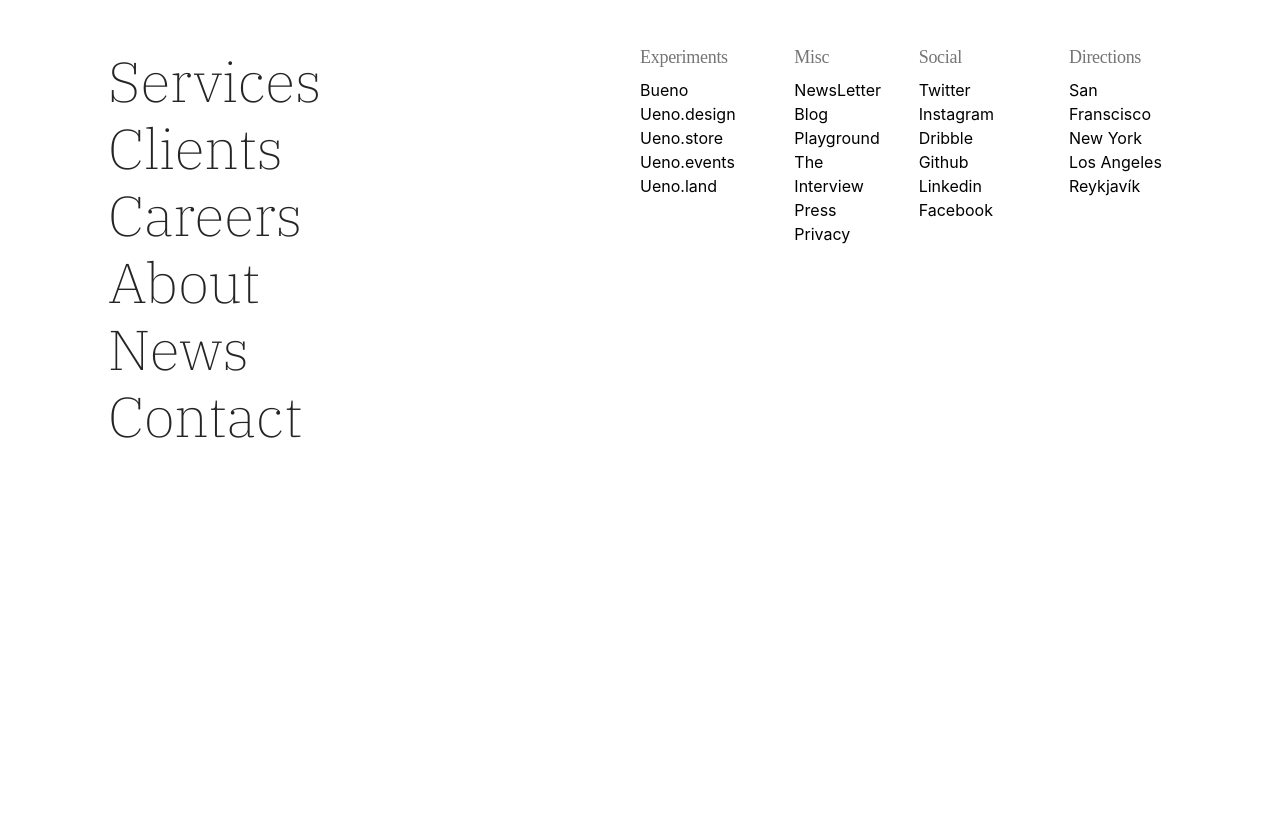
Repository: DeepaPrasanna/UenoClone
Page: /
These files come from the project's save history. The page is drawn as it stood at one moment and after the next save; the edit follows.
The browser window is 1280 px wide. The pictures show the whole page.
The project was rebuilt for these pictures with package versions that can differ from the ones it lists, and the page was loaded fresh each time. Also part of the build but not shown: src/components/Layout/Header.js.

Above is the page before, as saved 2021-05-04 18:01:07.

After the next save:
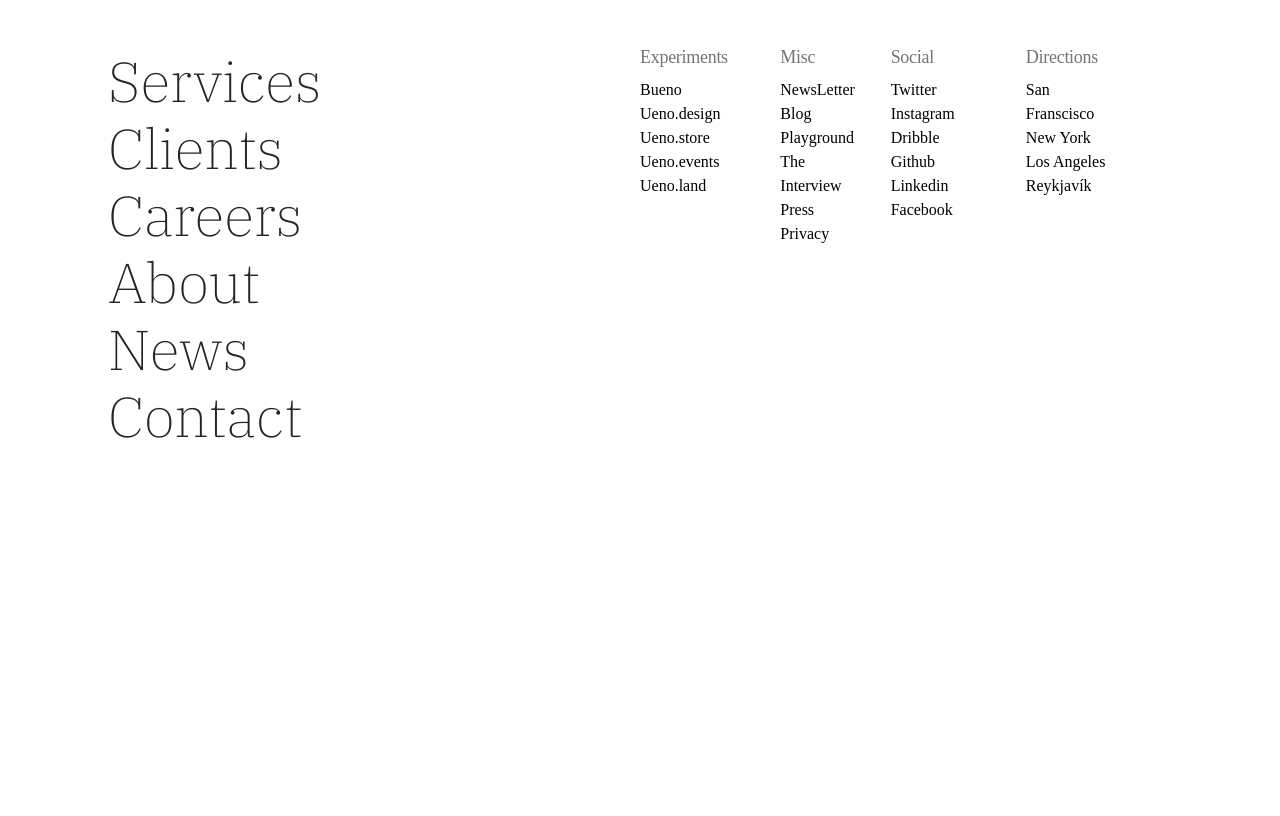
Saved 2 min 37 s later.
--- a/src/index.css
+++ b/src/index.css
@@ -49,6 +49,7 @@
 .screen-second-column-links {
   color: #000;
   padding: 0px 25px 0px 0px !important;
+  font-family: "National 2,sans-serif";
   font-style: normal;
   font-weight: 400;
 }
